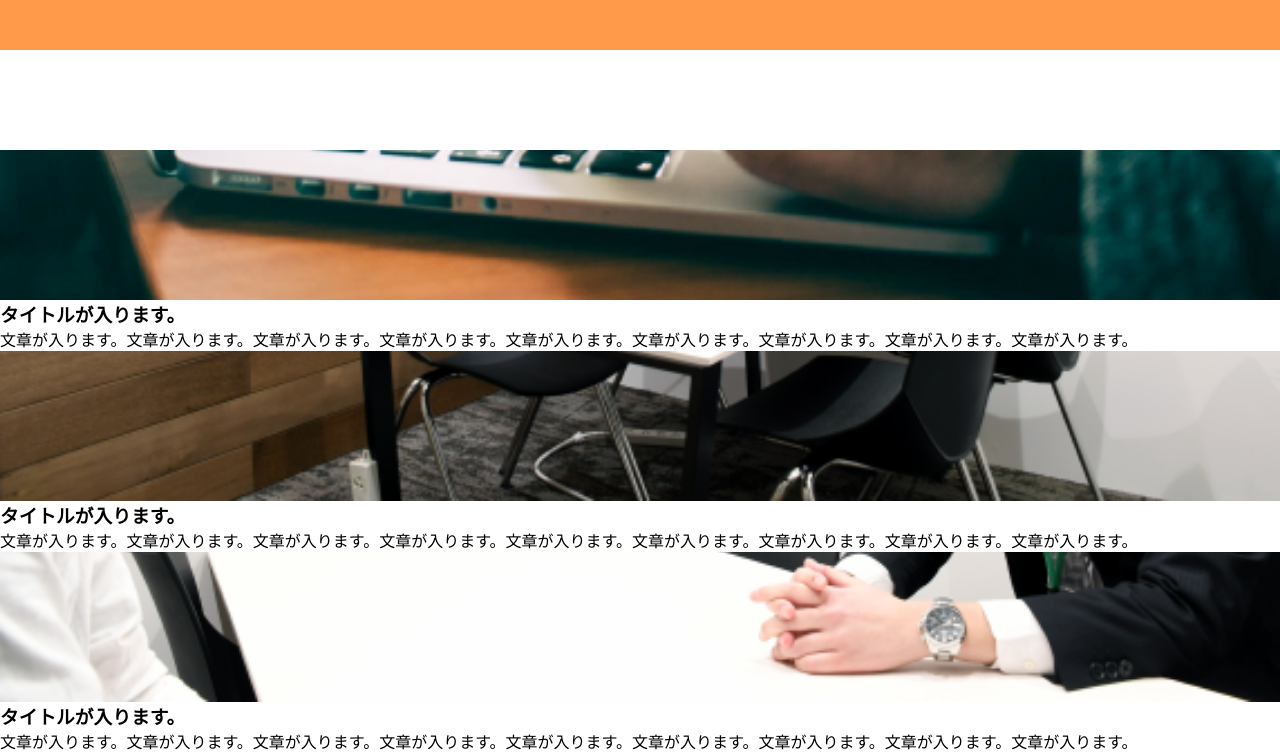
Repository: macchi-ro/-1
Page: 演習/practice.html
The author's editor kept a record of every edit. The page is drawn from the files as they stood at one moment, then again after the next edit.
The browser window is 1280 px wide. The pictures show the whole page.
Some web libraries are served in a nearby version.

Above is the page before.

After the next edit:
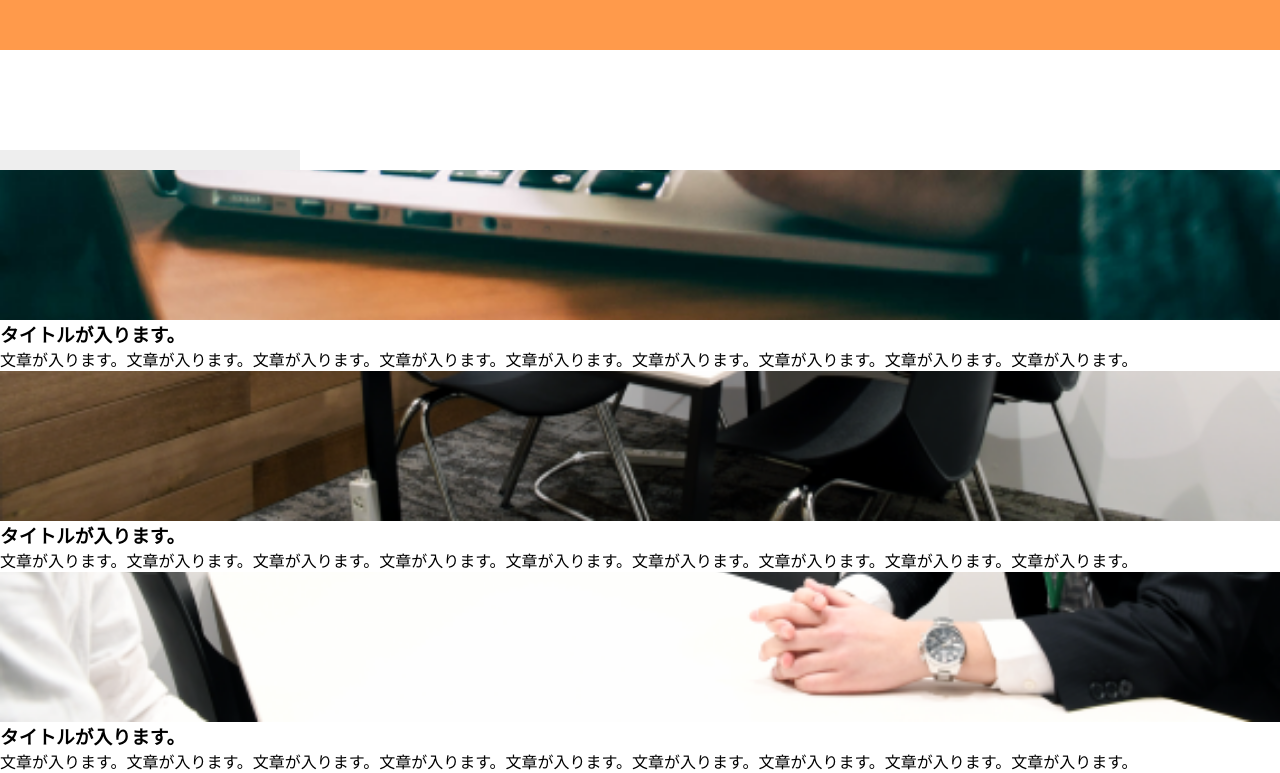
The edit:
--- a/演習/practice.html
+++ b/演習/practice.html
@@ -19,7 +19,7 @@
 
    <main>
      <div class="main"></div>
-      <div class="stepbox"></div>
+      <div class="step-box"></div>
        <div class="step-img1"></div>
        <h3 class="stepbox.main">タイトルが入ります。</h3>
        <p class="stepbox.text">文章が入ります。文章が入ります。文章が入ります。文章が入ります。文章が入ります。文章が入ります。文章が入ります。文章が入ります。文章が入ります。</p>
